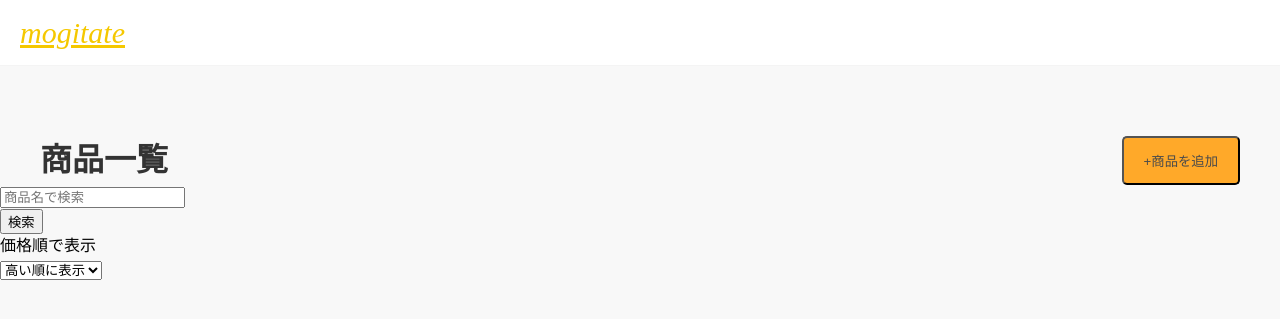
Repository: SuzukiFuminori/test-fruit
Page: http://localhost/products
The author's editor kept a copy of each file at every save. The page is drawn from the files as they stood at one save, then again after the next save.
The browser window is 1280 px wide. The pictures show the whole page.
The page is served by the project's Laravel application, run on PHP 8.4 with Laravel 8. Other server files are loaded and not shown. Queries for data that is not in the repository find no rows.

Above is the page before, as saved 2024-12-30 04:49:08.

### src/routes/web.php
<?php

use Illuminate\Support\Facades\Route;
use App\Http\Controllers\ProductController;

/*
|--------------------------------------------------------------------------
| Web Routes
|--------------------------------------------------------------------------
|
| Here is where you can register web routes for your application. These
| routes are loaded by the RouteServiceProvider within a group which
| contains the "web" middleware group. Now create something great!
|
*/

Route::get('/products', [ProductController::class, 'index']);
Route::get('/products/register', [ProductController::class, 'add']);

### src/app/Http/Controllers/ProductController.php
<?php

namespace App\Http\Controllers;
use App\Models\Product;
use Illuminate\Http\Request;

class ProductController extends Controller
{
    // 商品一覧ページの表示
    public function index()
    {
        $products = Product::all();
        return view('index', ['products' => $products]);
    }

    // 商品登録ページの表示
    public function add()
    {
        return view('add');
    }
}

### src/resources/views/index.blade.php
@extends('layouts.default')

@section('title', '商品一覧')

@section('css')
<link rel="stylesheet" href="{{ asset('css/index.css') }}">
@endsection

@section('content')
  <div class="content">
    <div class="content__inner">
      <div class="content-heading">
        <div class="content-heading__title">
          @yield('title')
        </div>
        <div class="content-heading__button">
          <button class="content-heading__button-submit" type="submit">+商品を追加</button>
        </div>
      </div>
      <div class="content-container">
        <div class="search-wrapper">
          <div class="search__input">
            <input type="search" name="name" placeholder="商品名で検索">
          </div>
          <div class="search__button">
            <button class="search__button-submit" >検索</button>
          </div>
          <div class="sort">
            <div class="sort__content">価格順で表示</div>
            <div class="sort__select">
              <select name="select" placeholder="価格で並べ替え">
                <option value="">高い順に表示</option>
                <option value="">低い順に表示</option>
              </select>
            </div>
          </div>
        </div>
      </div>
    </div>
  </div>
@endsection

### src/resources/views/layouts/default.blade.php
<!DOCTYPE html>
<html lang="ja">

<head>
  <meta charset="UTF-8">
  <meta name="viewport" content="width=device-width, initial-scale=1.0">
  <title>@yield('title')</title>
  <link rel="stylesheet" href="{{ asset('css/sanitize.css') }}">
  <link rel="stylesheet" href="{{ asset('css/common.css') }}">
  @yield('css')
</head>

<body>
  <header class="header">
    <div class="header__inner">
      <a class="header__logo" href="/">
        mogitate
      </a>
    </div>
  </header>
  <main>
    @yield('content')
  </main>
</body>

</html>

### src/public/css/sanitize.css
/* Document
* ========================================================================== */

/**
* Add border box sizing in all browsers (opinionated).
*/

*,
::before,
::after {
  box-sizing: border-box;
}

/**
* 1. Add text decoration inheritance in all browsers (opinionated).
* 2. Add vertical alignment inheritance in all browsers (opinionated).
*/

::before,
::after {
  vertical-align: inherit;
  /* 2 */
  text-decoration: inherit;
  /* 1 */
}

/**
* 1. Use the default cursor in all browsers (opinionated).
* 2. Change the line height in all browsers (opinionated).
* 3. Use a 4-space tab width in all browsers (opinionated).
* 4. Remove the grey highlight on links in iOS (opinionated).
* 5. Prevent adjustments of font size after orientation changes in
*    IE on Windows Phone and in iOS.
* 6. Breaks words to prevent overflow in all browsers (opinionated).
*/

html {
  word-break: break-word;
  /* 6 */
  -moz-tab-size: 4;
  /* 3 */
  tab-size: 4;
  /* 3 */
  line-height: 1.5;
  /* 2 */
  cursor: default;
  /* 1 */

  -webkit-tap-highlight-color: transparent
    /* 4 */
  ;
  -ms-text-size-adjust: 100%;
  /* 5 */
  -webkit-text-size-adjust: 100%;
  /* 5 */
}

/* Sections
* ========================================================================== */

/**
* Remove the margin in all browsers (opinionated).
*/

body {
  margin: 0;
}

/**
* Correct the font size and margin on `h1` elements within `section` and
* `article` contexts in Chrome, Edge, Firefox, and Safari.
*/

h1 {
  margin: 0.67em 0;
  font-size: 2em;
}

/* Grouping content
* ========================================================================== */

/**
* Remove the margin on nested lists in Chrome, Edge, IE, and Safari.
*/

dl dl,
dl ol,
dl ul,
ol dl,
ul dl {
  margin: 0;
}

/**
* Remove the margin on nested lists in Edge 18- and IE.
*/

ol ol,
ol ul,
ul ol,
ul ul {
  margin: 0;
}

/**
* 1. Add the correct sizing in Firefox.
* 2. Show the overflow in Edge 18- and IE.
*/

hr {
  overflow: visible;
  /* 2 */
  height: 0;
  /* 1 */
}

/**
* Add the correct display in IE.
*/

main {
  display: block;
}

/**
* Remove the list style on navigation lists in all browsers (opinionated).
*/

nav ol,
nav ul {
  padding: 0;
  list-style: none;
}

/**
* 1. Correct the inheritance and scaling of font size in all browsers.
* 2. Correct the odd `em` font sizing in all browsers.
*/

pre {
  font-size: 1em;
  /* 2 */
  font-family: monospace, monospace;
  /* 1 */
}

/* Text-level semantics
* ========================================================================== */

/**
* Remove the gray background on active links in IE 10.
*/

a {
  background-color: transparent;
}

/**
* Add the correct text decoration in Edge 18-, IE, and Safari.
*/

abbr[title] {
  text-decoration: underline;
  text-decoration: underline dotted;
}

/**
* Add the correct font weight in Chrome, Edge, and Safari.
*/

b,
strong {
  font-weight: bolder;
}

/**
* 1. Correct the inheritance and scaling of font size in all browsers.
* 2. Correct the odd `em` font sizing in all browsers.
*/

code,
kbd,
samp {
  font-size: 1em;
  /* 2 */
  font-family: monospace, monospace;
  /* 1 */
}

/**
* Add the correct font size in all browsers.
*/

small {
  font-size: 80%;
}

/* Embedded content
* ========================================================================== */

/*
* Change the alignment on media elements in all browsers (opinionated).
*/

audio,
canvas,
iframe,
img,
svg,
video {
  vertical-align: middle;
}

/**
* Add the correct display in IE 9-.
*/

audio,
video {
  display: inline-block;
}

/**
* Add the correct display in iOS 4-7.
*/

audio:not([controls]) {
  display: none;
  height: 0;
}

/**
* Remove the border on iframes in all browsers (opinionated).
*/

iframe {
  border-style: none;
}

/**
* Remove the border on images within links in IE 10-.
*/

img {
  border-style: none;
}

/**
* Change the fill color to match the text color in all browsers (opinionated).
*/

svg:not([fill]) {
  fill: currentColor;
}

/**
* Hide the overflow in IE.
*/

svg:not(:root) {
  overflow: hidden;
}

/* Tabular data
* ========================================================================== */

/**
* Collapse border spacing in all browsers (opinionated).
*/

table {
  border-collapse: collapse;
}

/* Forms
* ========================================================================== */

/**
* Remove the margin on controls in Safari.
*/

button,
input,
select {
  margin: 0;
}

/**
* 1. Show the overflow in IE.
* 2. Remove the inheritance of text transform in Edge 18-, Firefox, and IE.
*/

button {
  overflow: visible;
  /* 1 */
  text-transform: none;
  /* 2 */
}

/**
* Correct the inability to style buttons in iOS and Safari.
*/

button,
[type="button"],
[type="reset"],
[type="submit"] {
  -webkit-appearance: button;
}

/**
* 1. Change the inconsistent appearance in all browsers (opinionated).
* 2. Correct the padding in Firefox.
*/

fieldset {
  padding: 0.35em 0.75em 0.625em;
  /* 2 */
  border: 1px solid #a0a0a0;
  /* 1 */
}

/**
* Show the overflow in Edge 18- and IE.
*/

input {
  overflow: visible;
}

/**
* 1. Correct the text wrapping in Edge 18- and IE.
* 2. Correct the color inheritance from `fieldset` elements in IE.
*/

legend {
  display: table;
  /* 1 */
  max-width: 100%;
  /* 1 */
  color: inherit;
  /* 2 */
  white-space: normal;
  /* 1 */
}

/**
* 1. Add the correct display in Edge 18- and IE.
* 2. Add the correct vertical alignment in Chrome, Edge, and Firefox.
*/

progress {
  display: inline-block;
  /* 1 */
  vertical-align: baseline;
  /* 2 */
}

/**
* Remove the inheritance of text transform in Firefox.
*/

select {
  text-transform: none;
}

/**
* 1. Remove the margin in Firefox and Safari.
* 2. Remove the default vertical scrollbar in IE.
* 3. Change the resize direction in all browsers (opinionated).
*/

textarea {
  overflow: auto;
  /* 2 */
  margin: 0;
  /* 1 */
  resize: vertical;
  /* 3 */
}

/**
* Remove the padding in IE 10-.
*/

[type="checkbox"],
[type="radio"] {
  padding: 0;
}

/**
* 1. Correct the odd appearance in Chrome, Edge, and Safari.
* 2. Correct the outline style in Safari.
*/

[type="search"] {
  outline-offset: -2px;
  /* 2 */

  -webkit-appearance: textfield;
  /* 1 */
}

/**
* Correct the cursor style of increment and decrement buttons in Safari.
*/

::-webkit-inner-spin-button,
::-webkit-outer-spin-button {
  height: auto;
}

/**
* Correct the text style of placeholders in Chrome, Edge, and Safari.
*/

::-webkit-input-placeholder {
  color: inherit;
  opacity: 0.54;
}

/**
* Remove the inner padding in Chrome, Edge, and Safari on macOS.
*/

::-webkit-search-decoration {
  -webkit-appearance: none;
}

/**
* 1. Correct the inability to style upload buttons in iOS and Safari.
* 2. Change font properties to `inherit` in Safari.
*/

::-webkit-file-upload-button {
  font: inherit;
  /* 2 */

  -webkit-appearance: button;
  /* 1 */
}

/**
* Remove the inner border and padding of focus outlines in Firefox.
*/

::-moz-focus-inner {
  padding: 0;
  border-style: none;
}

/**
* Restore the focus outline styles unset by the previous rule in Firefox.
*/

:-moz-focusring {
  outline: 1px dotted ButtonText;
}

/**
* Remove the additional :invalid styles in Firefox.
*/

:-moz-ui-invalid {
  box-shadow: none;
}

/* Interactive
* ========================================================================== */

/*
* Add the correct display in Edge 18- and IE.
*/

details {
  display: block;
}

/*
* Add the correct styles in Edge 18-, IE, and Safari.
*/

dialog {
  position: absolute;
  right: 0;
  left: 0;
  display: block;
  margin: auto;
  padding: 1em;
  width: -moz-fit-content;
  width: -webkit-fit-content;
  width: fit-content;
  height: -moz-fit-content;
  height: -webkit-fit-content;
  height: fit-content;
  border: solid;
  background-color: white;
  color: black;
}

dialog:not([open]) {
  display: none;
}

/*
* Add the correct display in all browsers.
*/

summary {
  display: list-item;
}

/* Scripting
* ========================================================================== */

/**
* Add the correct display in IE 9-.
*/

canvas {
  display: inline-block;
}

/**
* Add the correct display in IE.
*/

template {
  display: none;
}

/* User interaction
* ========================================================================== */

/*
* 1. Remove the tapping delay in IE 10.
* 2. Remove the tapping delay on clickable elements
in all browsers (opinionated).
*/

a,
area,
button,
input,
label,
select,
summary,
textarea,
[tabindex] {
  -ms-touch-action: manipulation;
  /* 1 */
  touch-action: manipulation;
  /* 2 */
}

/**
* Add the correct display in IE 10-.
*/

[hidden] {
  display: none;
}

/* Accessibility
* ========================================================================== */

/**
* Change the cursor on busy elements in all browsers (opinionated).
*/

[aria-busy="true"] {
  cursor: progress;
}

/*
* Change the cursor on control elements in all browsers (opinionated).
*/

[aria-controls] {
  cursor: pointer;
}

/*
* Change the cursor on disabled, not-editable, or otherwise
* inoperable elements in all browsers (opinionated).
*/

[aria-disabled="true"],
[disabled] {
  cursor: not-allowed;
}

/*
* Change the display on visually hidden accessible elements
* in all browsers (opinionated).
*/

[aria-hidden="false"][hidden] {
  display: initial;
}

[aria-hidden="false"][hidden]:not(:focus) {
  position: absolute;
  clip: rect(0, 0, 0, 0);
}

### src/public/css/common.css
.header {
  background: white;
}

.header__inner {
  margin: 0 auto;
  padding: 10px 20px;
  border-bottom: solid 1px #f4f4f4;
}

.header__logo {
  font-family: jsMath-cmti10;
  font-size: 30px;
  color: #F5C800;
  font-weight: 500;
  font-style: italic;
}

### src/public/css/index.css
.content {
  background: #f8f8f8;
}

.content__inner {
  margin: 0 auto;
  padding: 70px 0;
}

.content-heading {
  display: flex;
  justify-content: space-between;
  margin: 0 auto;
  padding: 0 40px 0;
}

.content-heading__title {
  font-family: "Hiragino Kaku Gothic Pro";
  font-size: 32px;
  color: #333333;
  font-weight: 600;
}

.content-heading__button-submit {
  padding: 13px 20px;
  background:#ffa929;
  color: #4B4B4B;
  border-radius: 5px;
}

.content-wrapper {
  display: flex;
  padding: 0 40px 0;
}

Loaded but not shown: src/app/Http/Controllers/Controller.php (common file); src/app/Models/Product.php (common file)

After the next save:
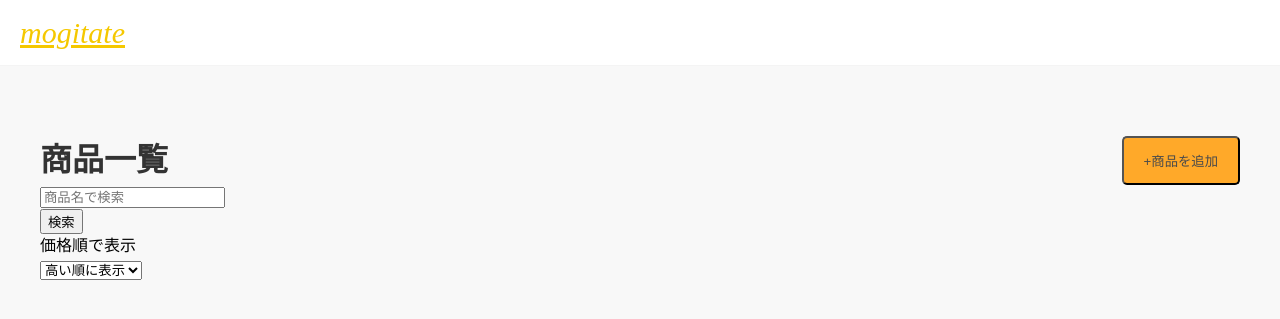
Saved 2 min 31 s later.
--- a/src/public/css/index.css
+++ b/src/public/css/index.css
@@ -28,7 +28,7 @@
   border-radius: 5px;
 }
 
-.content-wrapper {
+.content-container {
   display: flex;
   padding: 0 40px 0;
 }

After the 2 saves that followed:
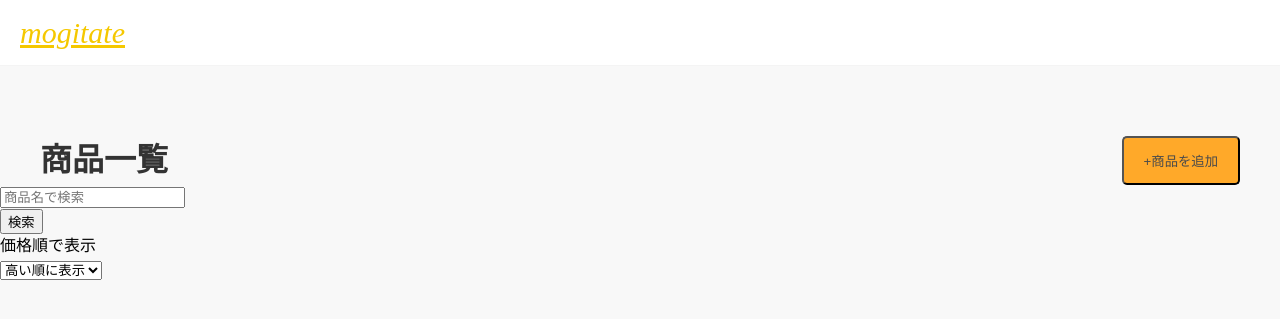
The 2 saves are shown as one change because 1 left the picture as it was.
The last was saved 29 s later.
--- a/src/public/css/index.css
+++ b/src/public/css/index.css
@@ -29,6 +29,6 @@
 }
 
 .content-container {
-  display: flex;
+  display
   padding: 0 40px 0;
 }
